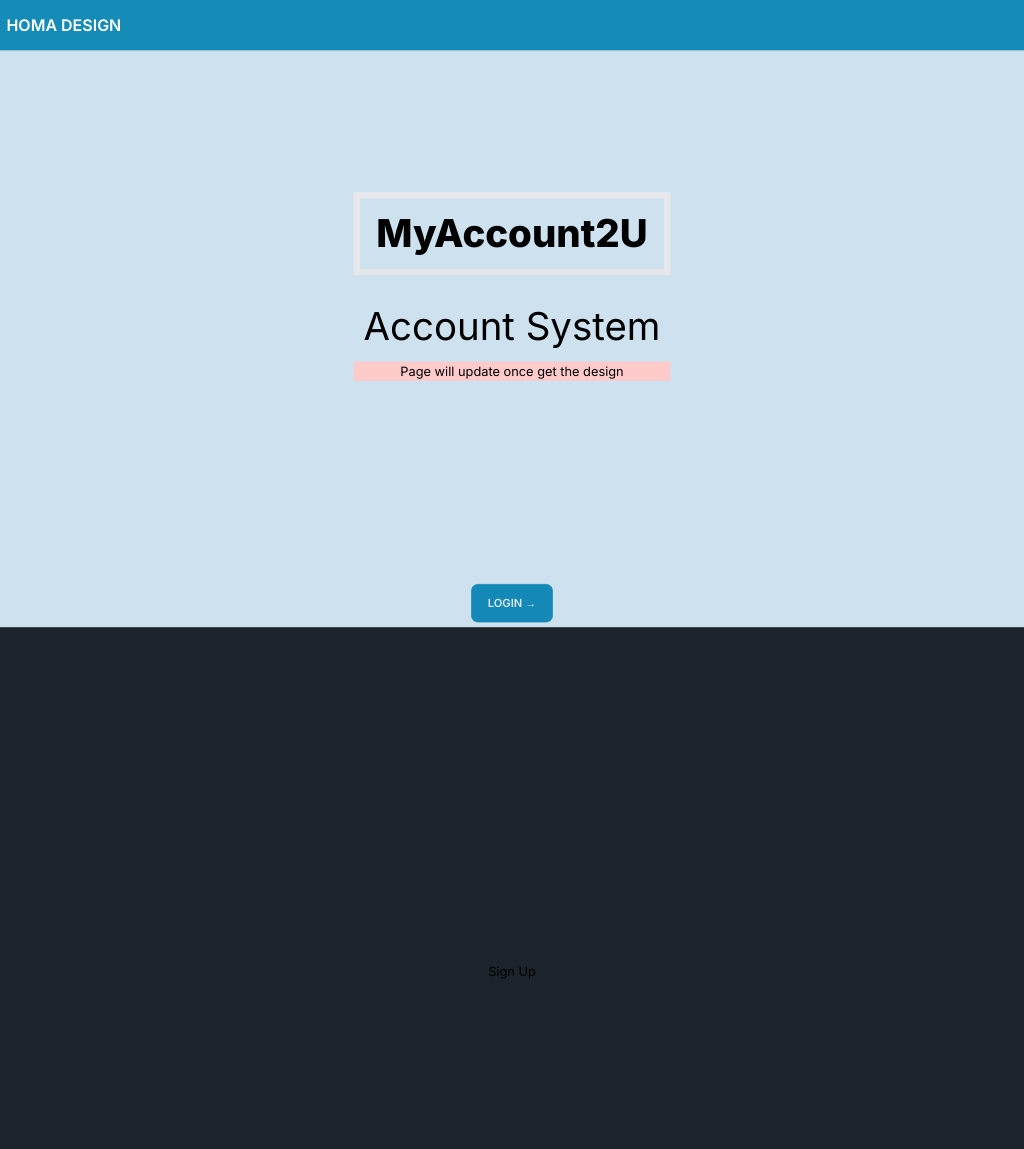
Repository: khairul35/homa-FE
Page: /
An editor plug-in stored every save of this project. The page is shown before and after the next save, followed by the edit.
The browser window is 1280 px wide. The pictures show the whole page, at 80% of full size.
The project was rebuilt for these pictures with package versions that can differ from the ones it lists, and the page was loaded fresh each time. The framework's server and built-in components were replaced by stand-ins that run in the browser. Also part of the build but not shown: next.config.js, app/components/layout/header/BusinessMenu.tsx, app/components/layout/header/CompanyMenu.tsx.

Above is the page before, as saved 2023-12-26 22:10:35.

After the next save:
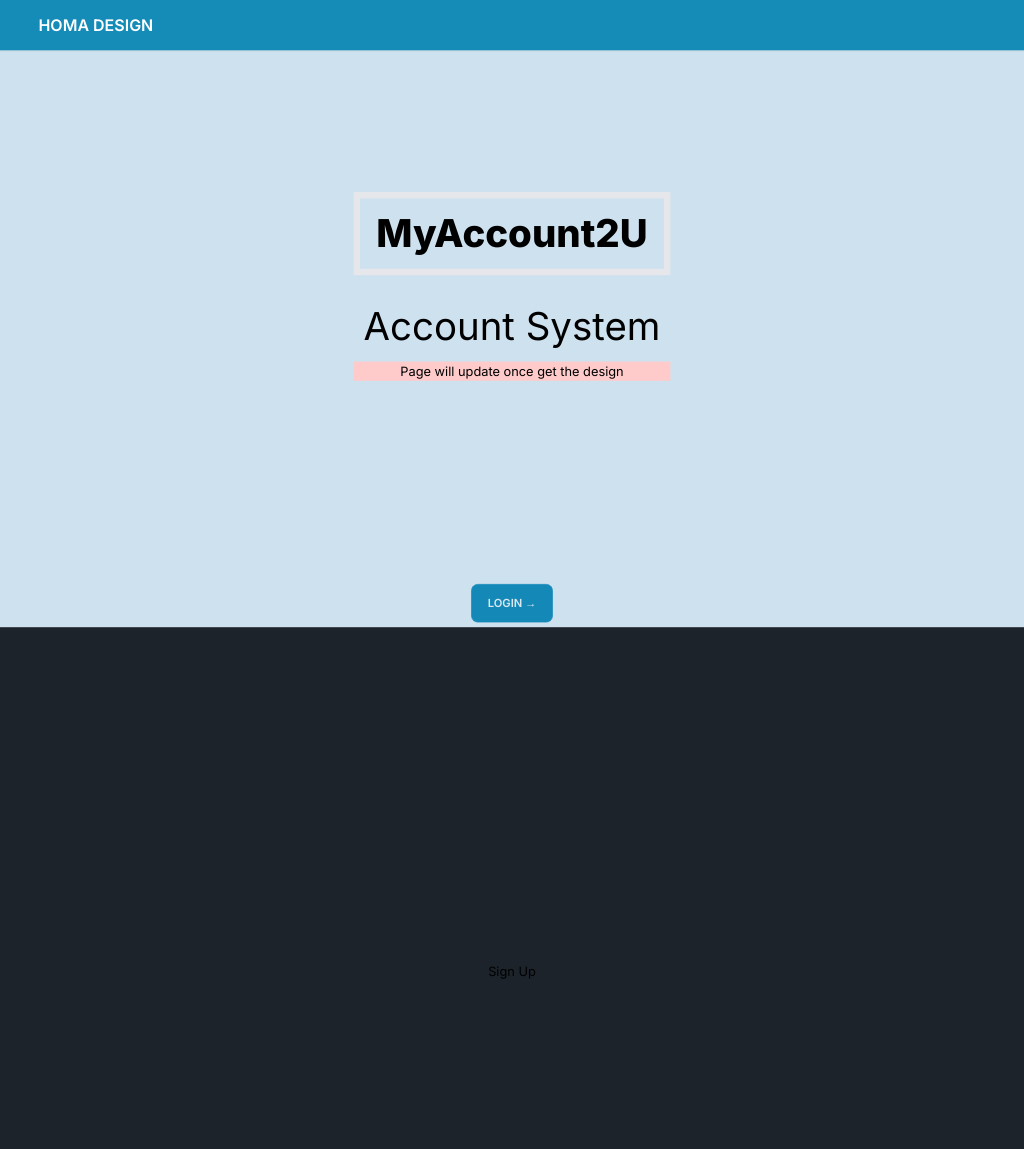
Saved 11 s later.
--- a/app/components/layout/Header.tsx
+++ b/app/components/layout/Header.tsx
@@ -134,7 +134,7 @@
             className="navbar border-b shadow-black-200"
             style={{ backgroundColor: "#158BB8", color: "#fff" }}
         >
-            <h2 className="text-xl font-semibold">HOMA DESIGN</h2>
+            <h2 className="text-xl font-semibold pl-10">HOMA DESIGN</h2>
         </div>
     )
 };
